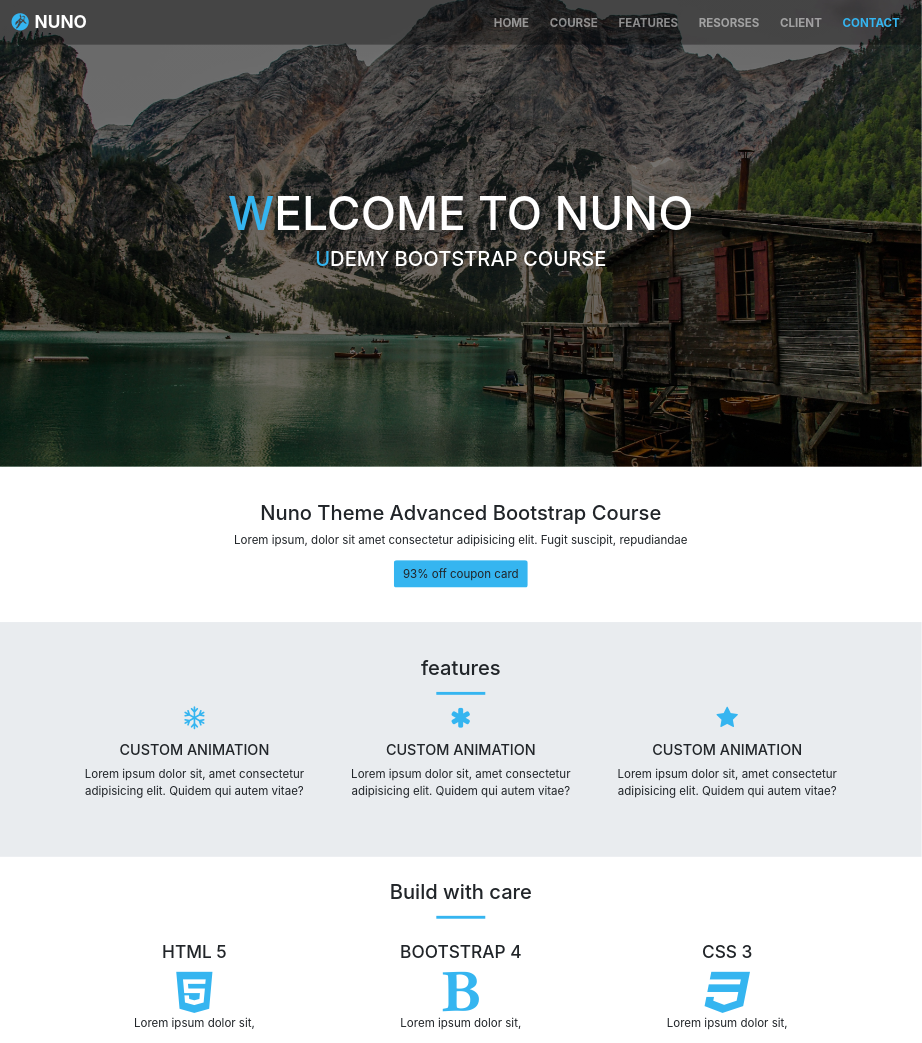
Repository: Mietlicha/bootstrap_template_exercise
Page: index.html
An editor plug-in stored every save of this project. The page is shown before and after the next save, followed by the edit.
The browser window is 1280 px wide. The pictures show the whole page, at 72% of full size.

Above is the page before, as saved 2019-11-19 21:43:48.

### index.html
<!DOCTYPE html>
<html lang="en">

<head>
    <meta charset="UTF-8">
    <meta name="viewport" content="width=device-width, initial-scale=1.0">
    <meta http-equiv="X-UA-Compatible" content="ie=edge">
    <title>Bootstrap template</title>
    <link rel="stylesheet" href="https://stackpath.bootstrapcdn.com/bootstrap/4.3.1/css/bootstrap.min.css"
        integrity="sha384-ggOyR0iXCbMQv3Xipma34MD+dH/1fQ784/j6cY/iJTQUOhcWr7x9JvoRxT2MZw1T" crossorigin="anonymous">
    <link rel="stylesheet" href="style.css">
    <link rel="stylesheet" href="https://cdnjs.cloudflare.com/ajax/libs/font-awesome/4.7.0/css/font-awesome.min.css">
</head>

<body data-spy="scroll" data-target="#main-nav">
    <!--------------------nav/home-------------------------------------------------------------------->
    <nav id="main-nav" class="navbar navbar-expand-md navbar-dark bg-dark font-weight-bold fixed-top">
        <a class="navbar-brand" href="#"><i class="fa fa-grav mr-2" aria-hidden="true"></i>Nuno</a>
        <button class="navbar-toggler" type="button" data-toggle="collapse" data-target="#navbarSupportedContent"
            aria-controls="navbarSupportedContent" aria-expanded="false" aria-label="Toggle navigation">
            <span class="navbar-toggler-icon"></span>
        </button>

        <div class="collapse navbar-collapse" id="navbarSupportedContent">
            <ul class="navbar-nav ml-auto">
                <li class="nav-item">
                    <a class="nav-link" href="#home">Home</a>
                </li>
                <li class="nav-item">
                    <a class="nav-link" href="#course">Course</a>
                </li>
                <li class="nav-item">
                    <a class="nav-link" href="#feature">Features</a>
                </li>
                <li class="nav-item">
                    <a class="nav-link" href="#resources">Resorses</a>
                </li>
                <li class="nav-item">
                    <a class="nav-link" href="#client">Client</a>
                </li>
                <li class="nav-item">
                    <a class="nav-link" href="#contact">Contact</a>
                </li>
        </div>
    </nav>
<!--------------------main----------------------------------------------------------------->
<main>
    <!--------------------home-------------------->
    <section id="home">
        <div class="home--landing-page">
        </div>
        <div class="home--caption">
            <h1>Welcome to Nuno</h1>
            <h3>Udemy bootstrap course</h3>
        </div>
    </section>

    <!--------------------corse-------------------->
    <section id="course" class="container text-center mt-5 mb-5">
        <header><h3>Nuno Theme Advanced Bootstrap Course</h3></header>
        <p>Lorem ipsum, dolor sit amet consectetur adipisicing elit. Fugit suscipit, repudiandae
        </p>
        <a href="#" class="btn btn-md" target="_blnk">93% off coupon card</a>
    </section>
    <!--------------------feature-------------------->
    <section id="feature">
            <div class="jumbotron jumbotron-fluid text-center pt-5">
                    <header><h3>features</h3></header>
                    <hr>
                    <div class="container d-md-flex">
                        <div class="feature-item col-md-4">
                            <i class="fa fa-snowflake-o" aria-hidden="true"></i>
                            <h5 class="pt-3">custom animation</h5>
                            <p>Lorem ipsum dolor sit, amet consectetur adipisicing elit. Quidem qui autem vitae?</p>
                        </div>
                        <div class="feature-item col-md-4">
                                <i class="fa fa-asterisk" aria-hidden="true"></i>
                                <h5 class="pt-3">custom animation</h5>
                                <p>Lorem ipsum dolor sit, amet consectetur adipisicing elit. Quidem qui autem vitae?</p>
                        </div>
                        <div class="feature-item col-md-4">
                                <i class="fa fa-star" aria-hidden="true"></i>
                                <h5 class="pt-3">custom animation</h5>
                                <p>Lorem ipsum dolor sit, amet consectetur adipisicing elit. Quidem qui autem vitae?</p>
                        </div>
                    </div>
                  </div>
    </section>
    <!--------------------Resourses-------------------->
    <section id="resources">
                <header><h3 class="text-center">Build with care</h3></header>
                <hr>
                <div class="container d-md-flex text-center">
                    <div class="resources-item col-md-4">
                        <h5 class="pt-3">Html 5</h5>
                        <i class="fa fa-html5" aria-hidden="true"></i>
                        <p>Lorem ipsum dolor sit,</p>
                    </div>
                    <div class="resources-item col-md-4">
                            <h5 class="pt-3">Bootstrap 4</h5>
                            <i class="fa fa-bold" aria-hidden="true"></i>
                            <p>Lorem ipsum dolor sit,</p>
                     </div>
                     <div class="resources-item col-md-4">
                            <h5 class="pt-3">CSS 3</h5>
                            <i class="fa fa-css3" aria-hidden="true"></i>
                            <p>Lorem ipsum dolor sit,</p>
                    </div>
                </div>
    </section>
    <!--------------------Client-------------------->
    <section id="client">

    </section>
    <!--------------------Contact-------------------->
    <section id="contact">

    </section>
</main>

    <script src="https://code.jquery.com/jquery-3.3.1.slim.min.js"
        integrity="sha384-q8i/X+965DzO0rT7abK41JStQIAqVgRVzpbzo5smXKp4YfRvH+8abtTE1Pi6jizo"
        crossorigin="anonymous"></script>
    <script src="https://cdnjs.cloudflare.com/ajax/libs/popper.js/1.14.7/umd/popper.min.js"
        integrity="sha384-UO2eT0CpHqdSJQ6hJty5KVphtPhzWj9WO1clHTMGa3JDZwrnQq4sF86dIHNDz0W1"
        crossorigin="anonymous"></script>
    <script src="https://stackpath.bootstrapcdn.com/bootstrap/4.3.1/js/bootstrap.min.js"
        integrity="sha384-JjSmVgyd0p3pXB1rRibZUAYoIIy6OrQ6VrjIEaFf/nJGzIxFDsf4x0xIM+B07jRM"
        crossorigin="anonymous"></script>
</body>

</html>

### style.css
:root{
--main-colour: rgb(53, 181, 240);
font-size: 14px;
}

body{
    position: relative;
}

/************************NAV******************************************/
.bg-dark {
    background-color: #0a0a0a60!important;
}

.navbar-dark .navbar-nav .nav-link:hover{
    color: rgb(255, 255, 255);
}

.nav-link{
    padding: 0 7rem;
}

#main-nav {
text-transform: uppercase;
}

#main-nav .navbar-brand{
    font-size: 1.5rem;
}

#main-nav .navbar-brand i{
    color: var(--main-colour);
}

.navbar-dark .navbar-nav .nav-link.active{
    color: var(--main-colour);
    font-weight: bold;
}

.navbar-dark .navbar-nav .nav-link{
    padding-top: .9rem;
}

/************************Home******************************************/
#home{
    position: relative;
}

.home--landing-page{
    background: linear-gradient(rgba(0, 0, 0, 0.534), rgba(0, 0, 0, 0.534)), url(img/tlo.jpg) center/cover no-repeat;
    width: 100vw;
    height: 90vh;
}

.home--caption{
    width: 100%;
    position: absolute;
    top: 40%;
    z-index: 3;
    text-align: center;
    color: #fff;
    text-transform: uppercase;
}

.home--caption h1{
    font-size: 4rem;
}

.home--caption h1::first-letter, .home--caption h3::first-letter{
    color: var(--main-colour);
}

/************************Course******************************************/
#course .btn{
    background-color: var(--main-colour);
}

/************************Feature******************************************/
#feature hr{
    width: 5%;
    border: 2px solid var(--main-colour);
}

#feature i{
    color: var(--main-colour);
    font-size: 2rem;
}

#feature .feature-item h5{
    text-transform: uppercase;
}

/************************Resources******************************************/
#resources h5{
    font-size: 1.5rem;
    text-transform: uppercase;
}

#resources i{
    color: var(--main-colour);
    font-size: 4rem;
}

#resources hr{
    width: 5%;
    border: 2px solid var(--main-colour);
}

@media (min-width: 500px){
    :root{
        font-size: 16px;
    }
    }

    @media (min-width: 768px){
    .navbar-expand-md .navbar-nav .nav-link {
        padding-right: .9rem;
        padding-left: .9rem;
        padding-top: 0;
    }
    }

After the next save:
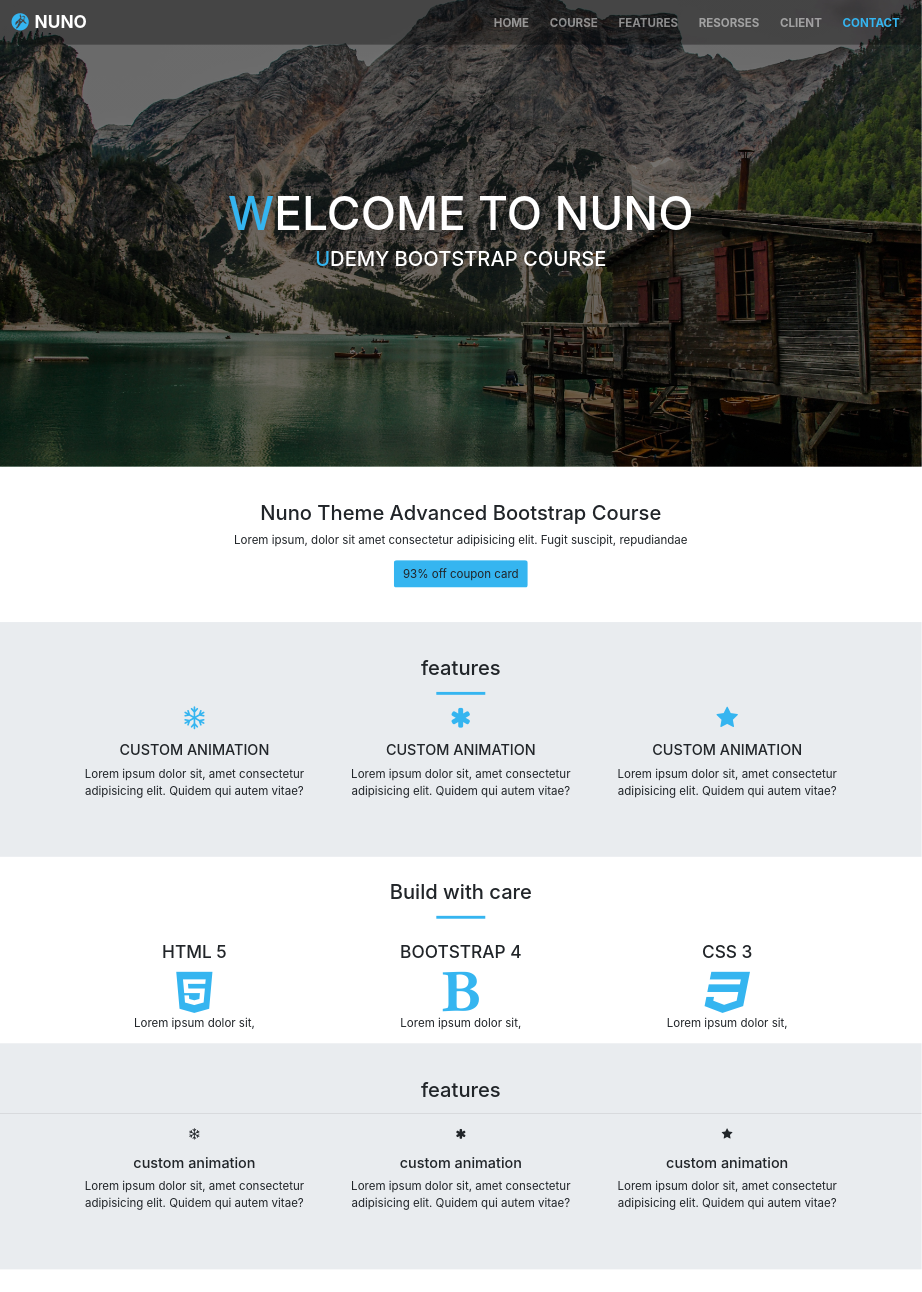
Saved 2 min 36 s later.
--- a/index.html
+++ b/index.html
@@ -110,6 +110,27 @@
     </section>
     <!--------------------Client-------------------->
     <section id="client">
+        <div class="jumbotron jumbotron-fluid text-center pt-5">
+                <header><h3>features</h3></header>
+                <hr>
+                <div class="container d-md-flex">
+                    <div class="feature-item col-md-4">
+                        <i class="fa fa-snowflake-o" aria-hidden="true"></i>
+                        <h5 class="pt-3">custom animation</h5>
+                        <p>Lorem ipsum dolor sit, amet consectetur adipisicing elit. Quidem qui autem vitae?</p>
+                    </div>
+                    <div class="feature-item col-md-4">
+                            <i class="fa fa-asterisk" aria-hidden="true"></i>
+                            <h5 class="pt-3">custom animation</h5>
+                            <p>Lorem ipsum dolor sit, amet consectetur adipisicing elit. Quidem qui autem vitae?</p>
+                    </div>
+                    <div class="feature-item col-md-4">
+                            <i class="fa fa-star" aria-hidden="true"></i>
+                            <h5 class="pt-3">custom animation</h5>
+                            <p>Lorem ipsum dolor sit, amet consectetur adipisicing elit. Quidem qui autem vitae?</p>
+                    </div>
+                </div>
+            </div>
 
     </section>
     <!--------------------Contact-------------------->
